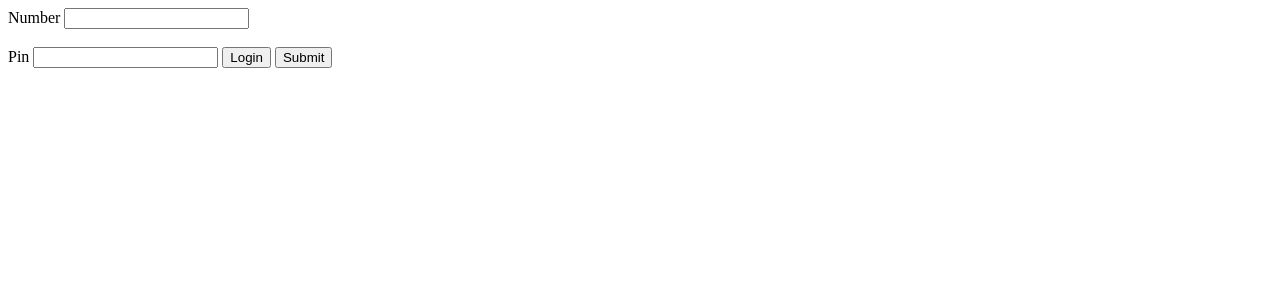
Repository: rajasuriya012001/Assessments
Page: demosample/Assesment1/src/main/webapp/bank.html
These files come from the project's save history. The page is drawn as it stood at one moment and after the next save; the edit follows.
The browser window is 1280 px wide. The pictures show the whole page.

Above is the page before, as saved 2022-06-10 04:46:02.

### demosample/Assesment1/src/main/webapp/bank.html
<!DOCTYPE html>
<html>
<head>
<meta charset="UTF-8">
<title>Insert title here</title>
</head>
<body>
<form action="post">
Number
<input type="text" name="number"/><br><br>
Pin
<input type="password" name="pin"/>
<input type="submit" value="Login" formaction="BankValue"/>
<input type="submit" formaction="Withdraw"/>
</body>
</html>

After the next save:
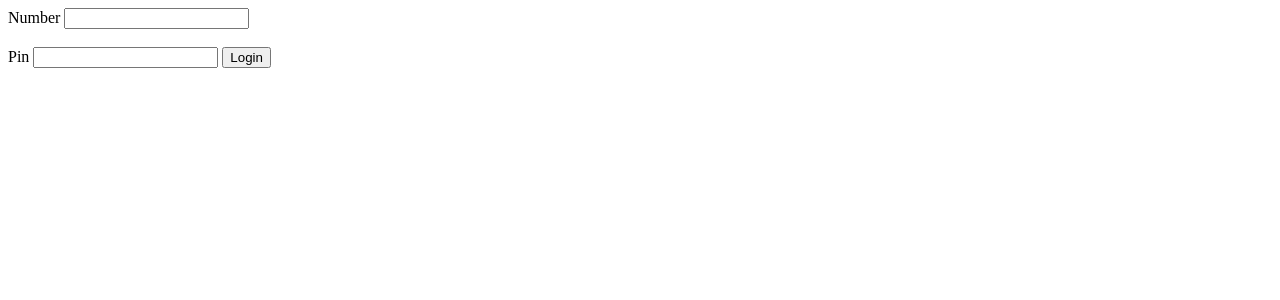
Saved 31 s later.
--- a/demosample/Assesment1/src/main/webapp/bank.html
+++ b/demosample/Assesment1/src/main/webapp/bank.html
@@ -11,6 +11,5 @@ Number
 Pin
 <input type="password" name="pin"/>
 <input type="submit" value="Login" formaction="BankValue"/>
-<input type="submit" formaction="Withdraw"/>
 </body>
 </html>
